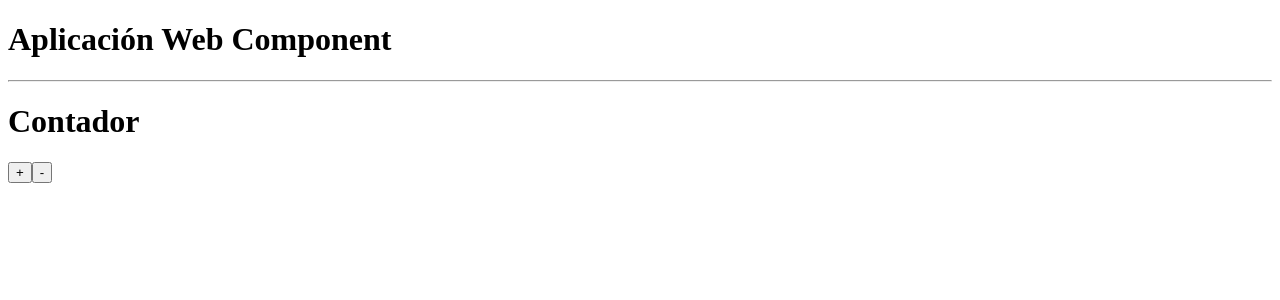
Repository: maxTech2019/Lab-react-C12024
Page: /
The author's editor kept a copy of each file at every save. The page is drawn from the files as they stood at one save, then again after a run of saves.
The browser window is 1280 px wide. The pictures show the whole page.
The project was rebuilt for these pictures with package versions that can differ from the ones it lists, and the page was loaded fresh each time. Also part of the build but not shown: vite.config.js, src/component/Productos.jsx.

Above is the page before, as saved 2024-06-04 17:02:59.

### src/main.jsx
import React from 'react'
import ReactDOM from 'react-dom/client'
import App from './App';


const root = ReactDOM.createRoot(document.getElementById('root'));
root.render(
  <React.StrictMode>
    <App />
  </React.StrictMode>,
)

### src/App.jsx
import { Productos } from "./component/Productos";
import {ContadoruseEffect} from "./component/ContadoruseEffect";

const App = () => {
  return (
    <>
      <h1>Aplicación Web Component</h1>
      <hr />
      {/* <Contador /> */}
      {/* <Productos/> */}
      <ContadoruseEffect />
    </>
  );
}

export default App

### src/component/ContadoruseEffect.jsx

import React from 'react';
import '../css/estilos_contuseEffect.css';


export const ContadoruseEffect = () => {
  return (
    <>
        <h1>Contador</h1>
        <button className='miBoton'> + </button>
        <button className='miBoton'> - </button>
    </>
  )
}

### src/css/estilos_contuseEffect.css
 button.mi

Loaded but not shown: index.html (common file)

After the next 4 saves:
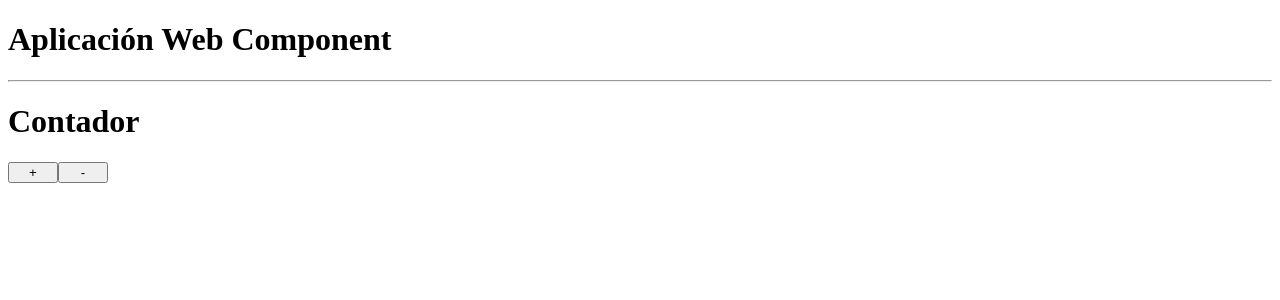
The 4 saves are shown as one change because they came seconds apart.
The last was saved 11 s later.
--- a/src/css/estilos_contuseEffect.css
+++ b/src/css/estilos_contuseEffect.css
@@ -1 +1,3 @@
- button.mi
+ button.miBoton {
+    width: 50px;
+ }
